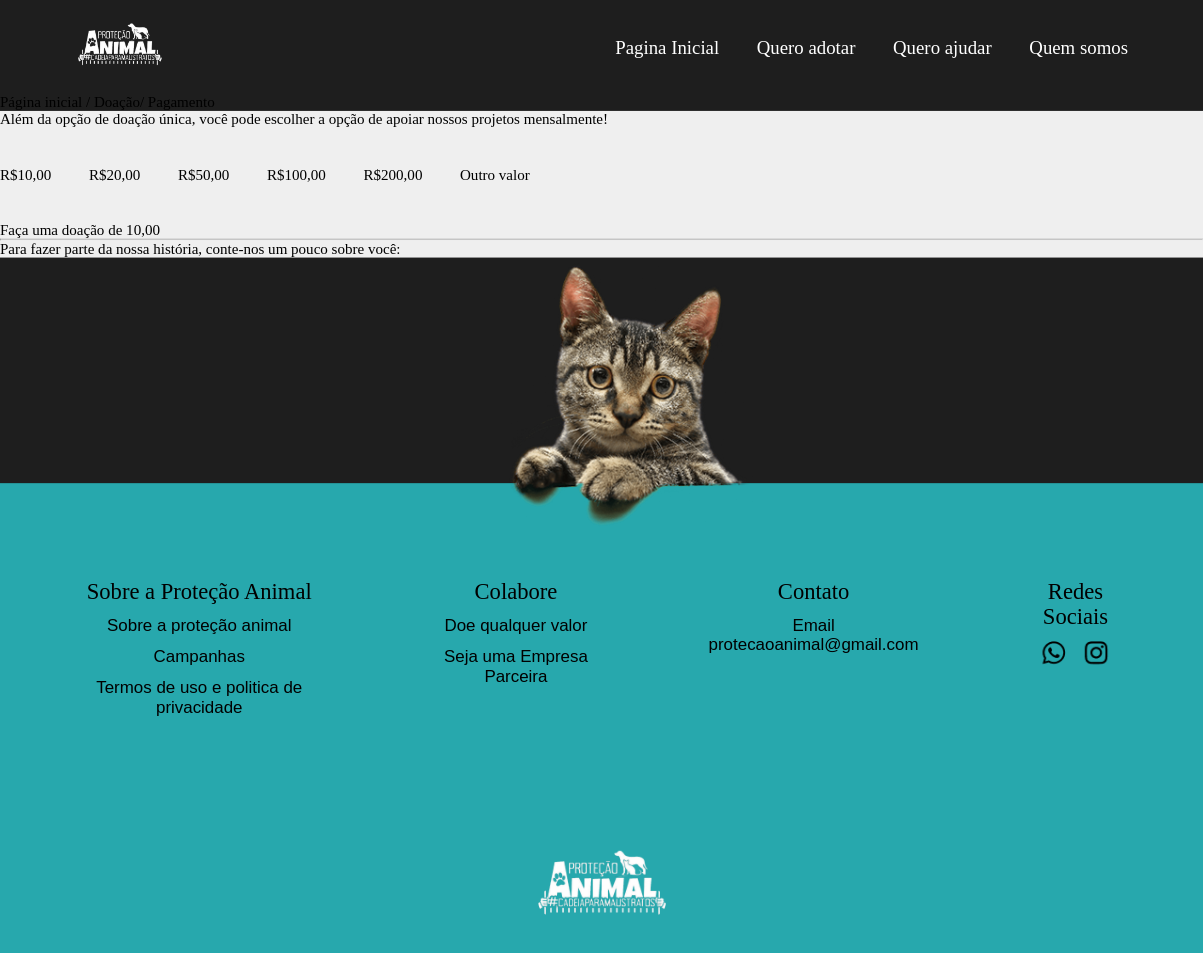
Repository: edjunior-nascimento/protecao-animal-web
Page: src/pages/formulario-doacao/index.html
The author's editor kept a copy of each file at every save. The page is drawn from the files as they stood at one save, then again after a run of saves.
The browser window is 1280 px wide. The pictures show the whole page, at 94% of full size.

Above is the page before, as saved 2025-02-22 03:21:40.

After the next 3 saves:
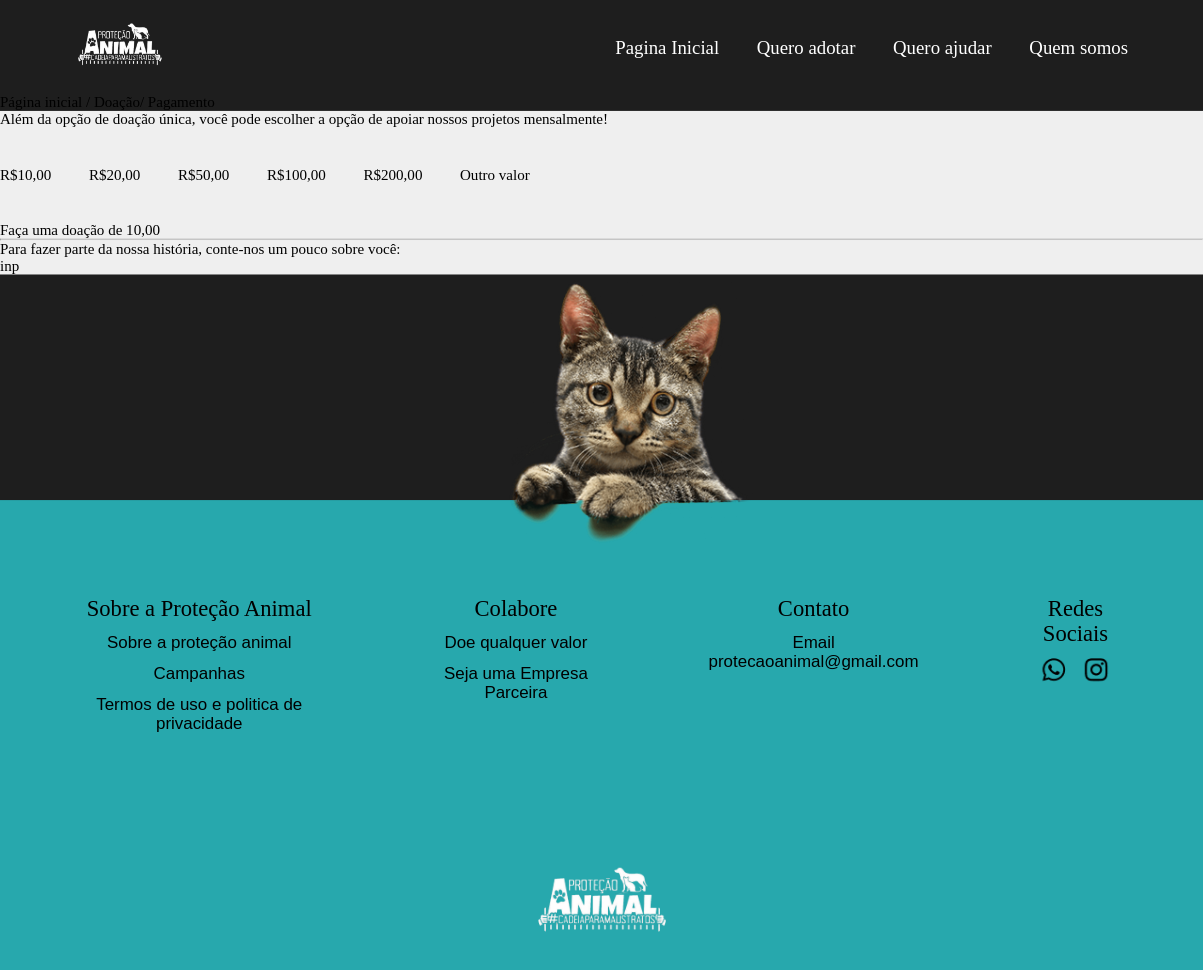
The 3 saves are shown as one change because they came seconds apart.
The last was saved 7 s later.
--- a/src/pages/formulario-doacao/index.html
+++ b/src/pages/formulario-doacao/index.html
@@ -74,8 +74,7 @@
                 </div>
                 <div class="dados">
                     <form action="/send" method="post" target="_blank" >
-                        <in</in>
-                        <in></in>
+                        inp
                     </form>
                 </div>
             </div>
